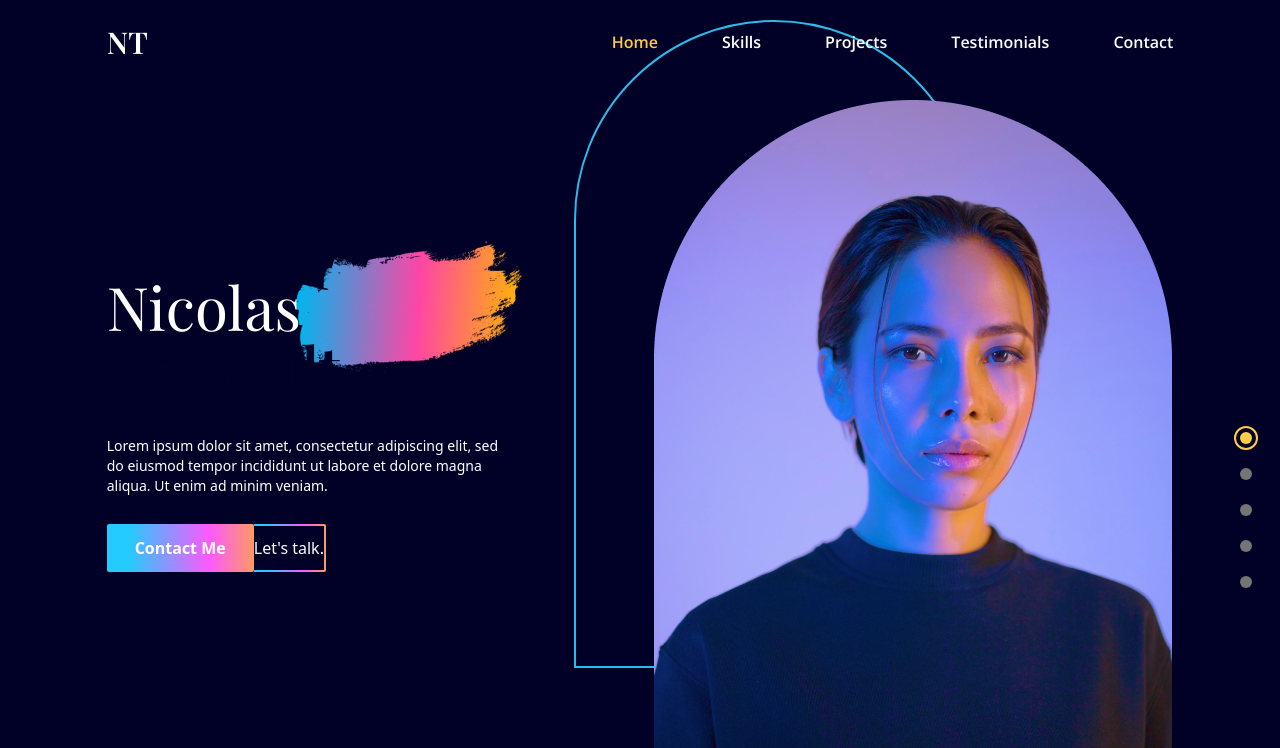
Repository: thibaultNicolas/portfolio-react
Page: /
An editor plug-in stored every save of this project. The page is shown before and after a run of saves, followed by the edit.
The browser window is 1280 px wide. The pictures show the whole page.
The project was rebuilt for these pictures with package versions that can differ from the ones it lists, and the page was loaded fresh each time. Also part of the build but not shown: next.config.ts.

Above is the page before, as saved 2023-01-08 10:50:27.

After the next 3 saves:
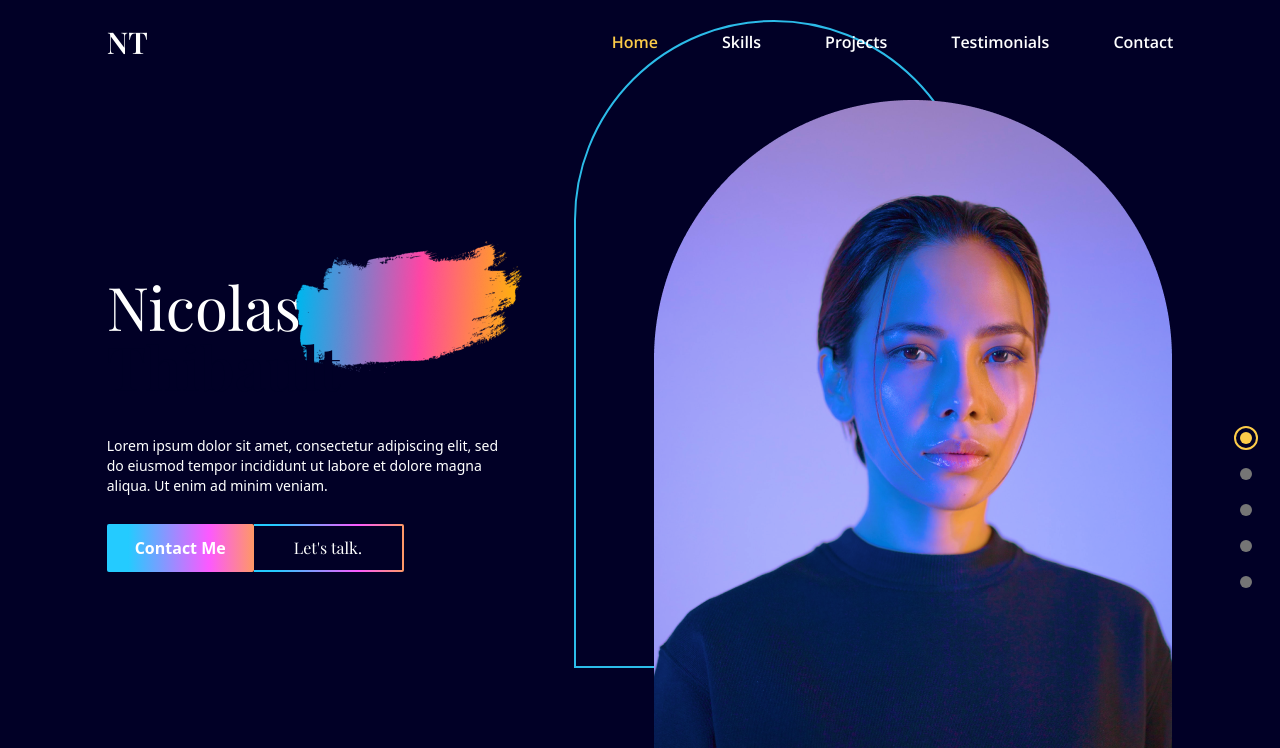
The 3 saves are shown as one change because they came seconds apart.
The last was saved 16 s later.
--- a/src/scenes/Landing.jsx
+++ b/src/scenes/Landing.jsx
@@ -82,7 +82,7 @@ const Landing = ({ setSelectedPage }) => {
                     className='rounded-r-sm bg-gradient-rainblue py-0.5 pr-0.5'
                     onClick={()=> setSelectedPage("contact")}
                     href="#contact">
-                        <div className='bg-deep-blue hover:text-red transition duration-500 w-full h-full flex items-center justify-center'>
+                        <div className='bg-deep-blue hover:text-red transition duration-500 w-full h-full flex items-center justify-center font-playfair px-10'>
                             Let's talk.
                         </div>
                     </AnchorLink>
